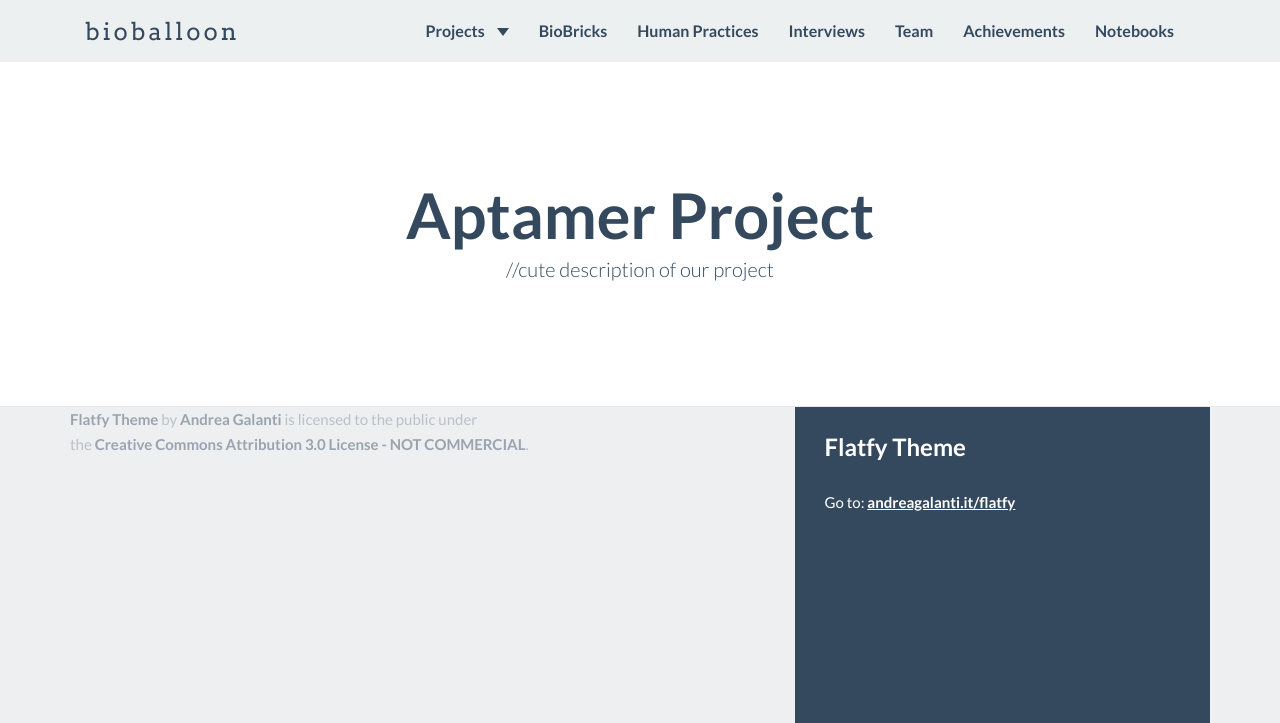
Repository: sbigem16/paramid
Page: Flatfy/notebooks.html
The author's editor kept a record of every edit. The page is drawn from the files as they stood at one moment, then again after the next edit.
The browser window is 1280 px wide. The pictures show the whole page.

Above is the page before.
Console error: TypeError: Cannot read properties of null (reading 'offsetHeight')

After the next edit:
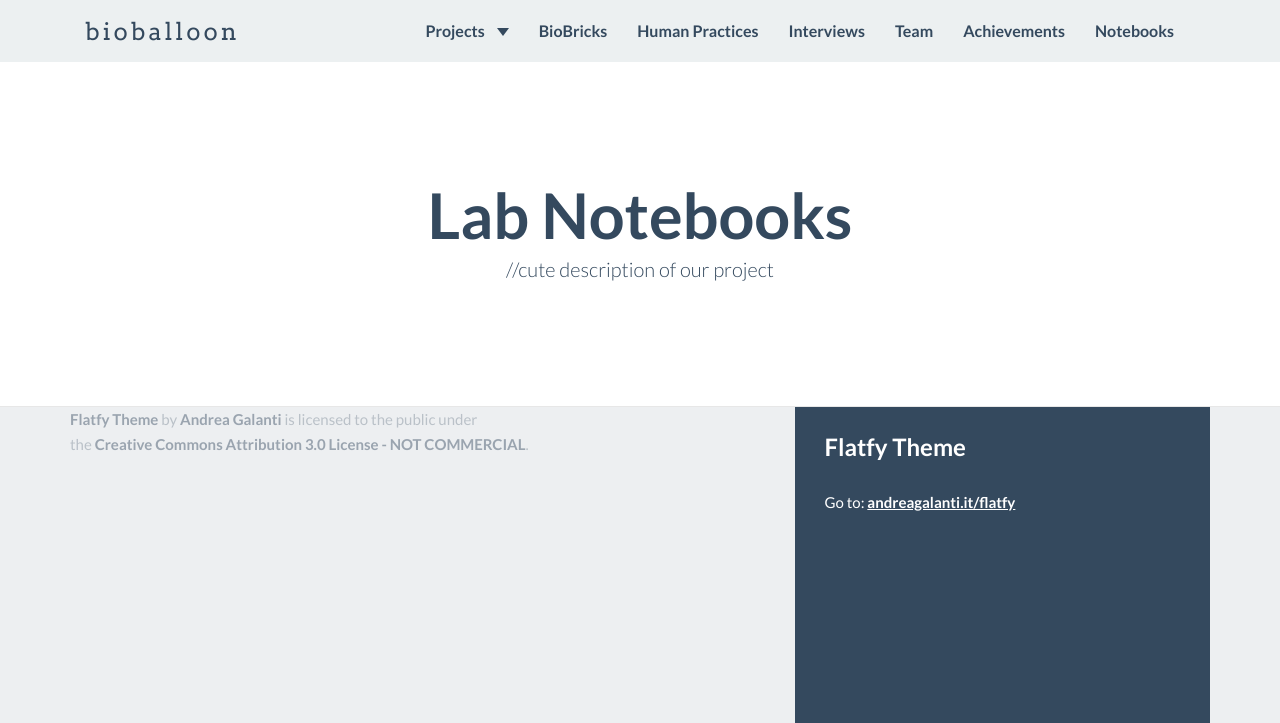
The edit:
--- a/Flatfy/notebooks.html
+++ b/Flatfy/notebooks.html
@@ -91,7 +91,7 @@
 	<div id="notebooks" class="content-section-b" style="border-top:0">
 		<div class="container">
 			<div class="col-md-6 col-md-offset-3 text-center">
-				<h2>Aptamer Project</h2>
+				<h2>Lab Notebooks</h2>
 				<p class="lead" style="margin-top:0">//cute description of our project</p>
 			</div>
 		</div>
